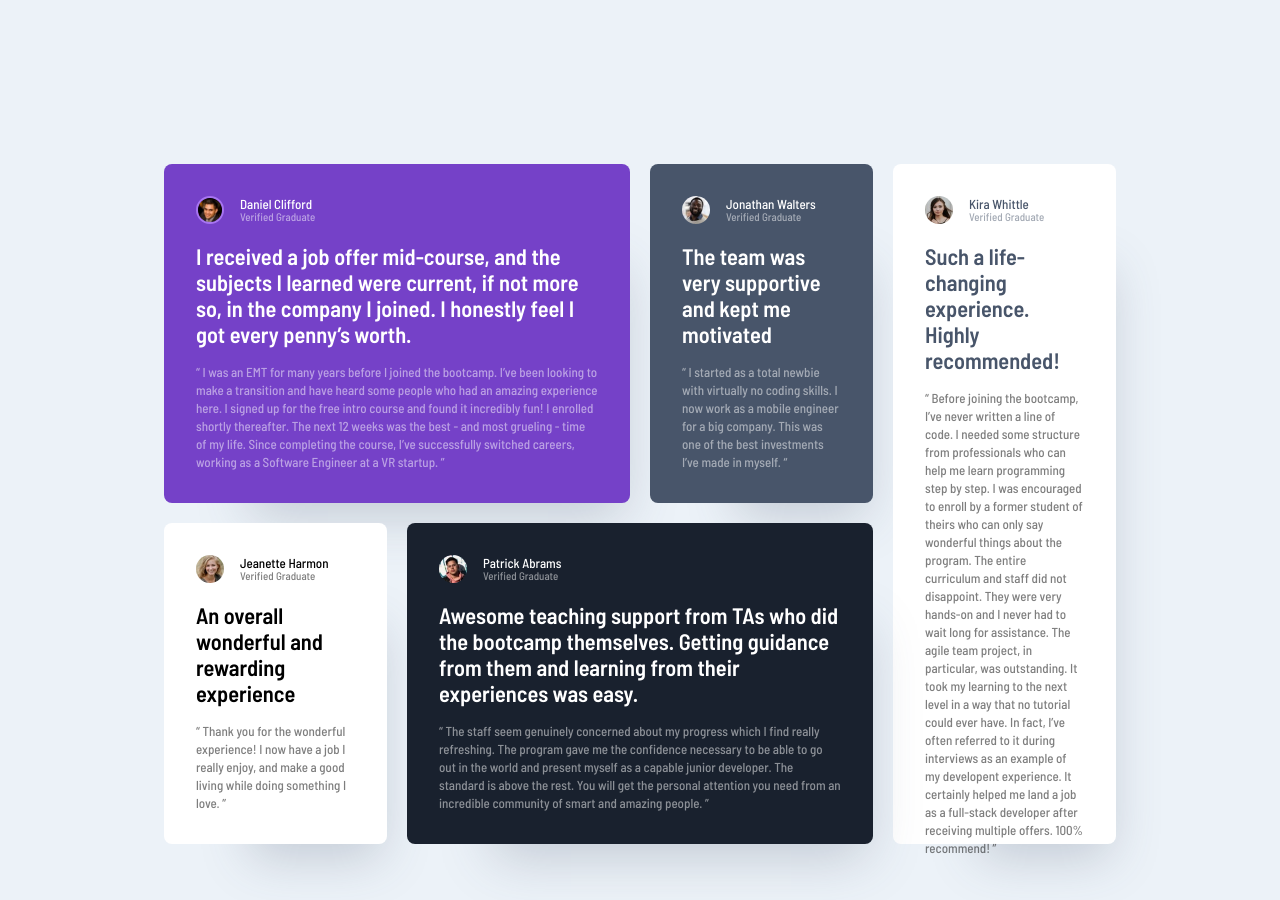
Repository: brandontaylor1/testimonial-card
Page: index.html
An editor plug-in stored every save of this project. The page is shown before and after the next save, followed by the edit.
The browser window is 1280 px wide. The pictures show the whole page.

Above is the page before, as saved 2025-01-11 00:42:03.

After the next save:
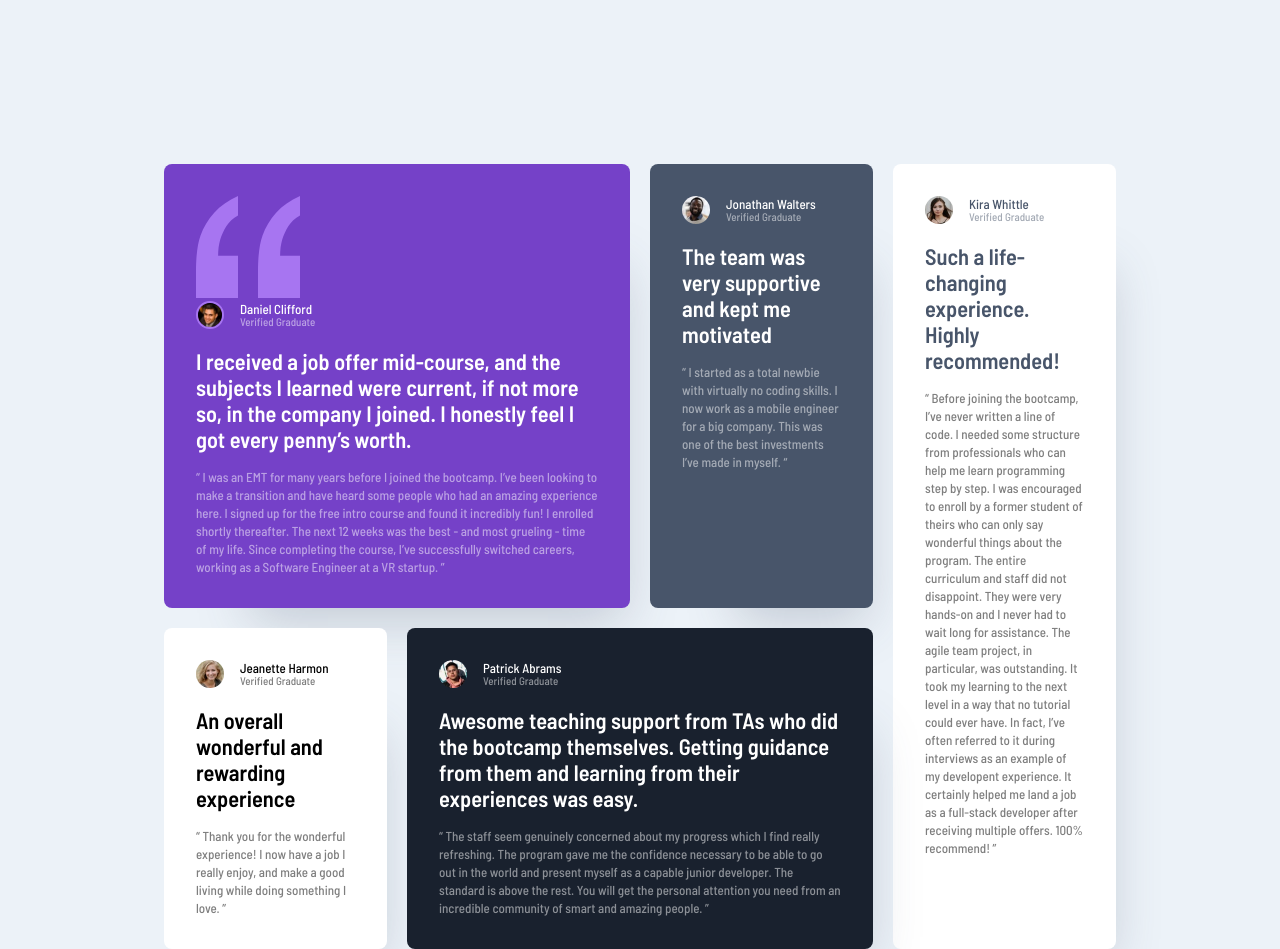
Saved 102 s later.
--- a/index.html
+++ b/index.html
@@ -13,6 +13,7 @@
     <main class="container">
         <section class="testimonial-grid">
             <div class="card" id="card-1">
+                <img src="./assets/images/bg-pattern-quotation.svg" alt="big quotation marks" class="quotation">
                 <div class="profile-content">
                     <img src="./assets/images/image-daniel.jpg" alt="profile image" class="profile-img purple">
                     <div class="profile-text">

After the 2 saves that followed:
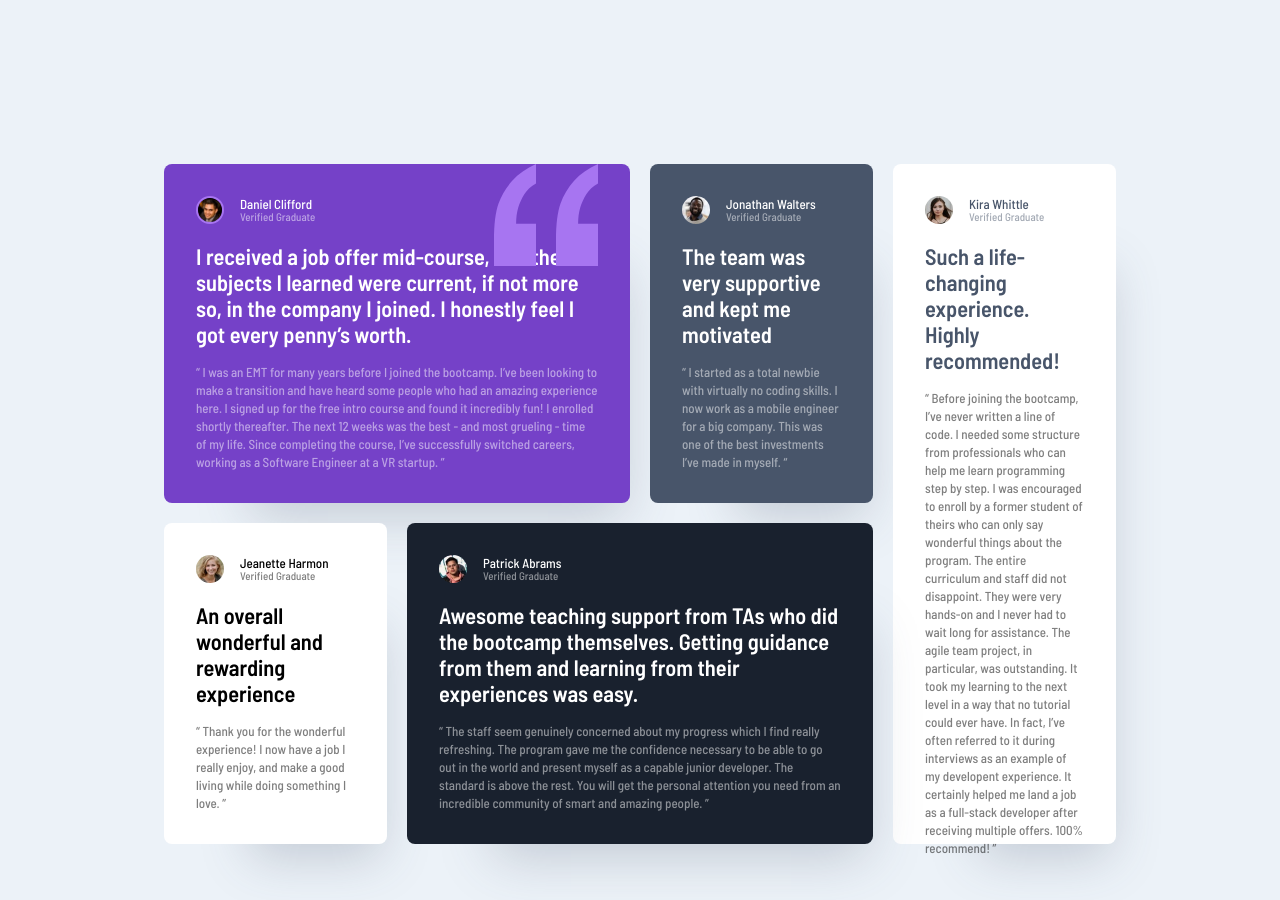
The 2 saves are shown as one change because 1 left the picture as it was.
The last was saved 66 s later.
--- a/styles.css
+++ b/styles.css
@@ -41,6 +41,14 @@
     padding: 2rem;
     border-radius: 8px;
     box-shadow: 40px 60px 50px -47px rgba(72, 85, 106, 0.25);
+    position: relative;
+}
+
+.quotation {
+    position: absolute;
+    top: 0;
+    right: 2rem;
+
 }
 
 .white-card {
